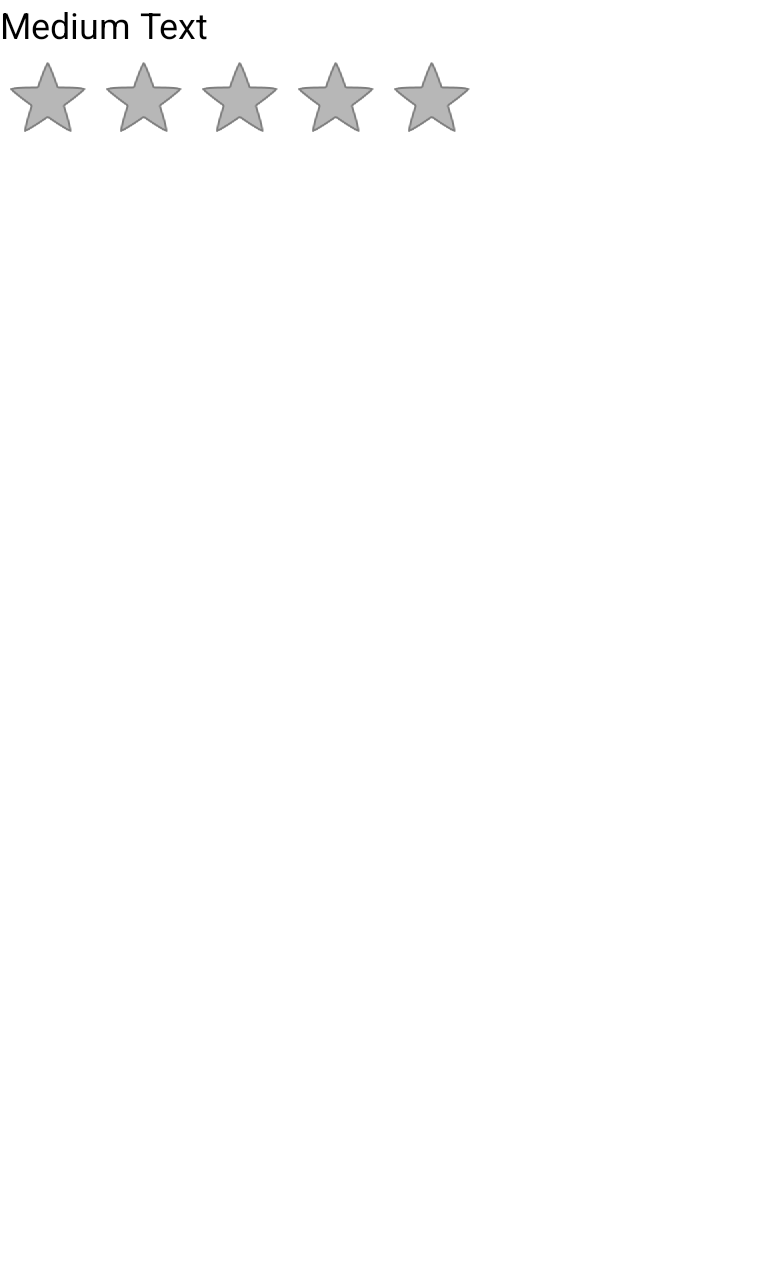
Repository: yash256/atnt
Layout: Farmdroid/res/layout/market_details.xml
The author's editor kept a copy of each file at every save. The layout is drawn from the files as they stood at one save, then again after the next save.
It is drawn on a 768 x 1280 px phone screen (xhdpi) without system bars, with theme AppTheme; the app's code is not run.

Above is the layout before, as saved 2014-10-26 18:46:28.

After the next save:
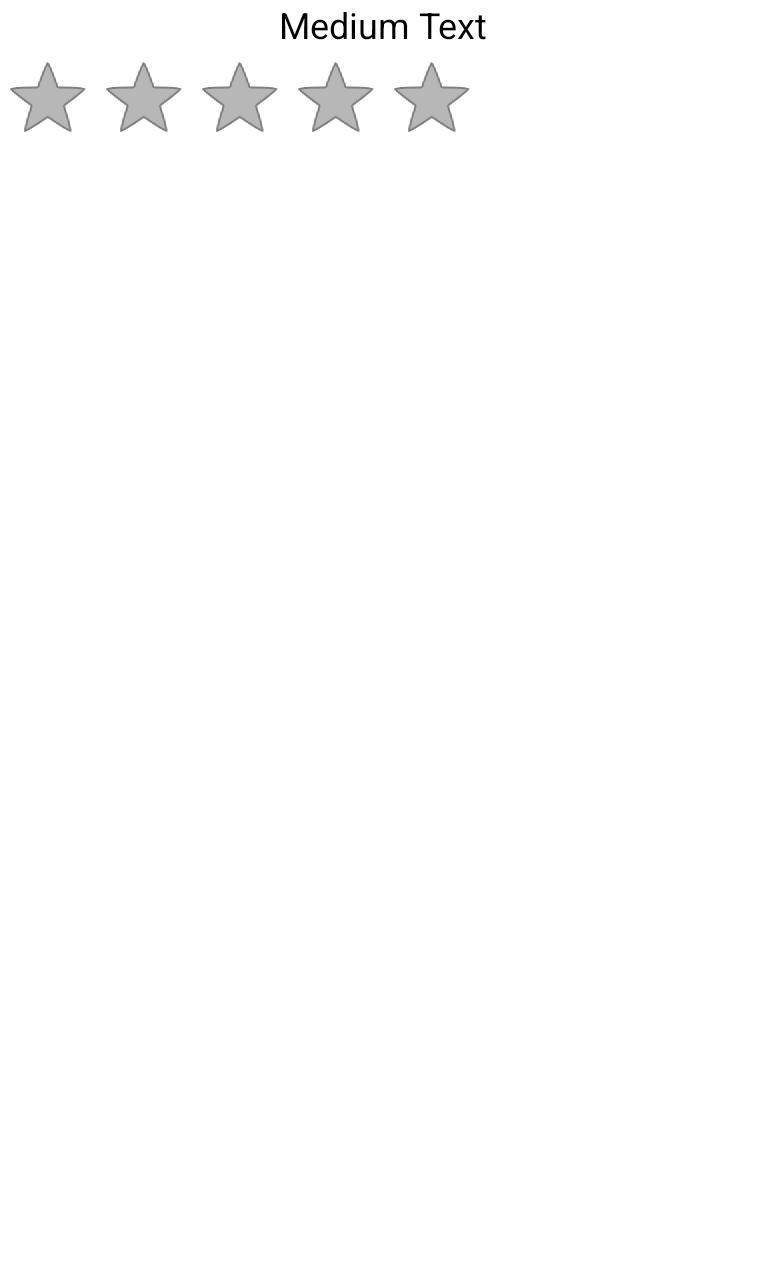
Saved 74 s later.
--- a/Farmdroid/res/layout/market_details.xml
+++ b/Farmdroid/res/layout/market_details.xml
@@ -13,7 +13,7 @@
         <TextView
             android:id="@+id/textView1"
             android:layout_column="0"
-            android:layout_gravity="left|top"
+            android:layout_gravity="center_horizontal"
             android:layout_row="1"
             android:layout_columnSpan="8"
             android:text="Medium Text"
